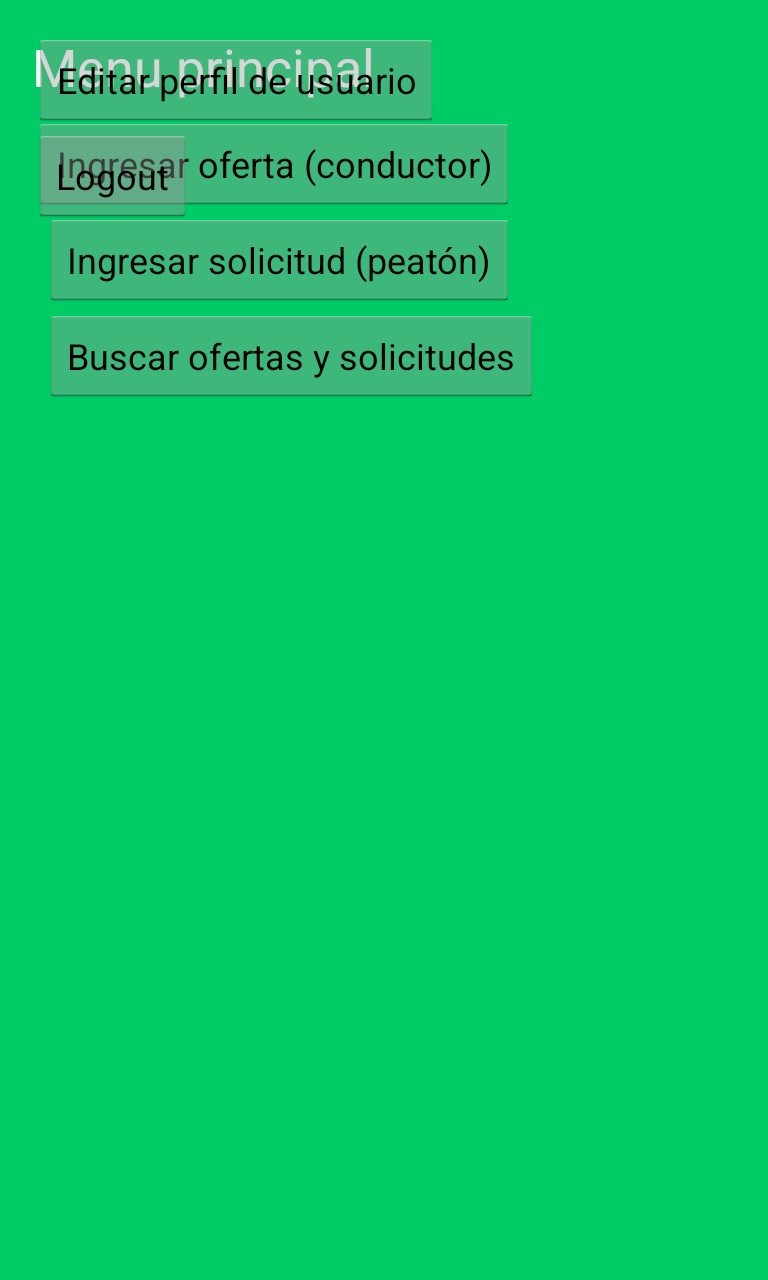
Repository: fmora/ProyectoMultimedios
Layout: MainActivity/MainActivity/res/layout/menu_principal.xml
An editor plug-in stored every save of this project. The layout is shown before and after the next save, followed by the edit.
It is drawn on a 768 x 1280 px phone screen (xhdpi) without system bars, with theme AppTheme; the app's code is not run.

Above is the layout before, as saved 2013-12-19 19:10:17.

### MainActivity/MainActivity/res/layout/menu_principal.xml
<?xml version="1.0" encoding="utf-8"?>
<RelativeLayout xmlns:android="http://schemas.android.com/apk/res/android"
    xmlns:tools="http://schemas.android.com/tools"
    android:layout_width="match_parent"
    android:layout_height="match_parent"
    android:background="#ff00cc66"
    android:paddingBottom="@dimen/activity_vertical_margin"
    android:paddingLeft="@dimen/activity_horizontal_margin"
    android:paddingRight="@dimen/activity_horizontal_margin"
    android:paddingTop="@dimen/activity_vertical_margin"
    tools:context=".MenuPrincipal" >

    <requestFocus />

		<TextView
			android:id="@+id/widget64"
			android:layout_width="179dp"
			android:layout_height="42dp"
			android:text="Menu principal"
			android:textColor="#ffffffff"
			android:textSize="26sp"
			 />

		<Button
		    android:id="@+id/button1"
		    android:layout_width="wrap_content"
		    android:layout_height="wrap_content"
		    android:layout_alignLeft="@+id/widget64"
		    android:layout_below="@+id/widget64"
		    android:text="Ingresar oferta (conductor)" />

		<Button
		    android:id="@+id/button2"
		    android:layout_width="wrap_content"
		    android:layout_height="wrap_content"
		    android:layout_alignLeft="@+id/widget66"
		    android:layout_below="@+id/widget66"
		    android:text="Buscar ofertas y solicitudes" />

		<Button
		    android:id="@+id/widget68"
		    android:layout_width="wrap_content"
		    android:layout_height="wrap_content"
		    android:layout_alignLeft="@+id/widget67"
		    android:layout_below="@+id/widget67"
		    android:text="Editar perfil de usuario" />

		<Button
		    android:id="@+id/widget69"
		    android:layout_width="wrap_content"
		    android:layout_height="wrap_content"
		    android:layout_alignLeft="@+id/widget68"
		    android:layout_below="@+id/widget68"
		    android:text="Logout" />

		<Button
		    android:id="@+id/widget66"
		    android:layout_width="wrap_content"
		    android:layout_height="wrap_content"
		    android:layout_alignRight="@+id/button1"
		    android:layout_below="@+id/button1"
		    android:text="Ingresar solicitud (peatón)" />

</RelativeLayout>

Loaded but not shown: MainActivity/MainActivity/res/values/styles.xml (common file); MainActivity/MainActivity/res/values-v11/styles.xml (common file); MainActivity/MainActivity/res/values-v14/styles.xml (common file); MainActivity/MainActivity/res/values/dimens.xml (common file)

After the next save:
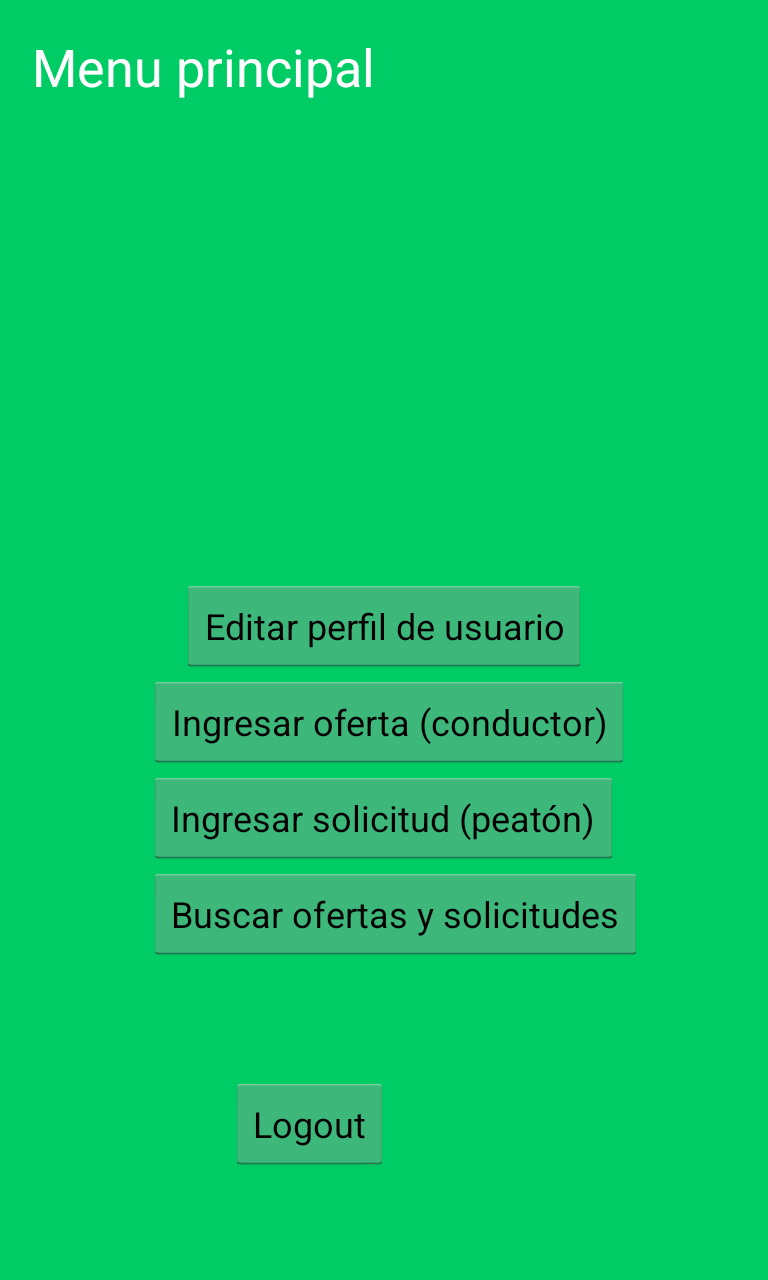
Saved 5 min 54 s later.
--- a/MainActivity/MainActivity/res/layout/menu_principal.xml
+++ b/MainActivity/MainActivity/res/layout/menu_principal.xml
@@ -22,43 +22,45 @@
 			 />
 
 		<Button
-		    android:id="@+id/button1"
-		    android:layout_width="wrap_content"
-		    android:layout_height="wrap_content"
-		    android:layout_alignLeft="@+id/widget64"
-		    android:layout_below="@+id/widget64"
-		    android:text="Ingresar oferta (conductor)" />
-
-		<Button
-		    android:id="@+id/button2"
-		    android:layout_width="wrap_content"
-		    android:layout_height="wrap_content"
-		    android:layout_alignLeft="@+id/widget66"
-		    android:layout_below="@+id/widget66"
-		    android:text="Buscar ofertas y solicitudes" />
-
-		<Button
-		    android:id="@+id/widget68"
-		    android:layout_width="wrap_content"
-		    android:layout_height="wrap_content"
-		    android:layout_alignLeft="@+id/widget67"
-		    android:layout_below="@+id/widget67"
-		    android:text="Editar perfil de usuario" />
-
-		<Button
 		    android:id="@+id/widget69"
 		    android:layout_width="wrap_content"
 		    android:layout_height="wrap_content"
-		    android:layout_alignLeft="@+id/widget68"
-		    android:layout_below="@+id/widget68"
+		    android:layout_alignParentBottom="true"
+		    android:layout_alignRight="@+id/widget64"
+		    android:layout_marginBottom="38dp"
 		    android:text="Logout" />
 
 		<Button
 		    android:id="@+id/widget66"
 		    android:layout_width="wrap_content"
 		    android:layout_height="wrap_content"
-		    android:layout_alignRight="@+id/button1"
-		    android:layout_below="@+id/button1"
+		    android:layout_above="@+id/button2"
+		    android:layout_centerHorizontal="true"
 		    android:text="Ingresar solicitud (peatón)" />
 
+		<Button
+		    android:id="@+id/button2"
+		    android:layout_width="wrap_content"
+		    android:layout_height="wrap_content"
+		    android:layout_above="@+id/widget69"
+		    android:layout_alignLeft="@+id/widget66"
+		    android:layout_marginBottom="57dp"
+		    android:text="Buscar ofertas y solicitudes" />
+
+		<Button
+		    android:id="@+id/button1"
+		    android:layout_width="wrap_content"
+		    android:layout_height="wrap_content"
+		    android:layout_above="@+id/widget66"
+		    android:layout_alignLeft="@+id/widget66"
+		    android:text="Ingresar oferta (conductor)" />
+
+		<Button
+		    android:id="@+id/widget68"
+		    android:layout_width="wrap_content"
+		    android:layout_height="wrap_content"
+		    android:layout_above="@+id/button1"
+		    android:layout_centerHorizontal="true"
+		    android:text="Editar perfil de usuario" />
+
 </RelativeLayout>
